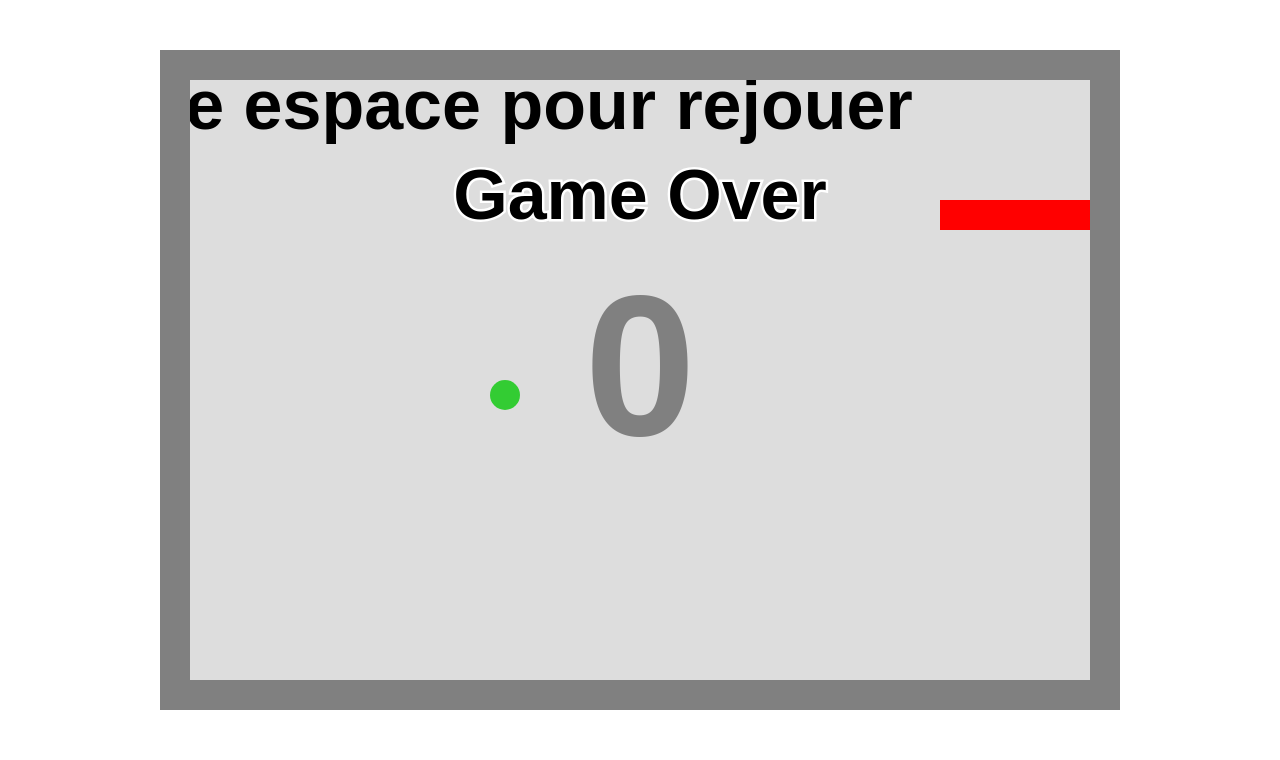
Repository: Loetitia27006/snake
Page: index.html
An editor plug-in stored every save of this project. The page is shown before and after the next save, followed by the edit.
The browser window is 1280 px wide. The pictures show the whole page.

Above is the page before, as saved 2023-03-24 16:42:29.

After the next save:
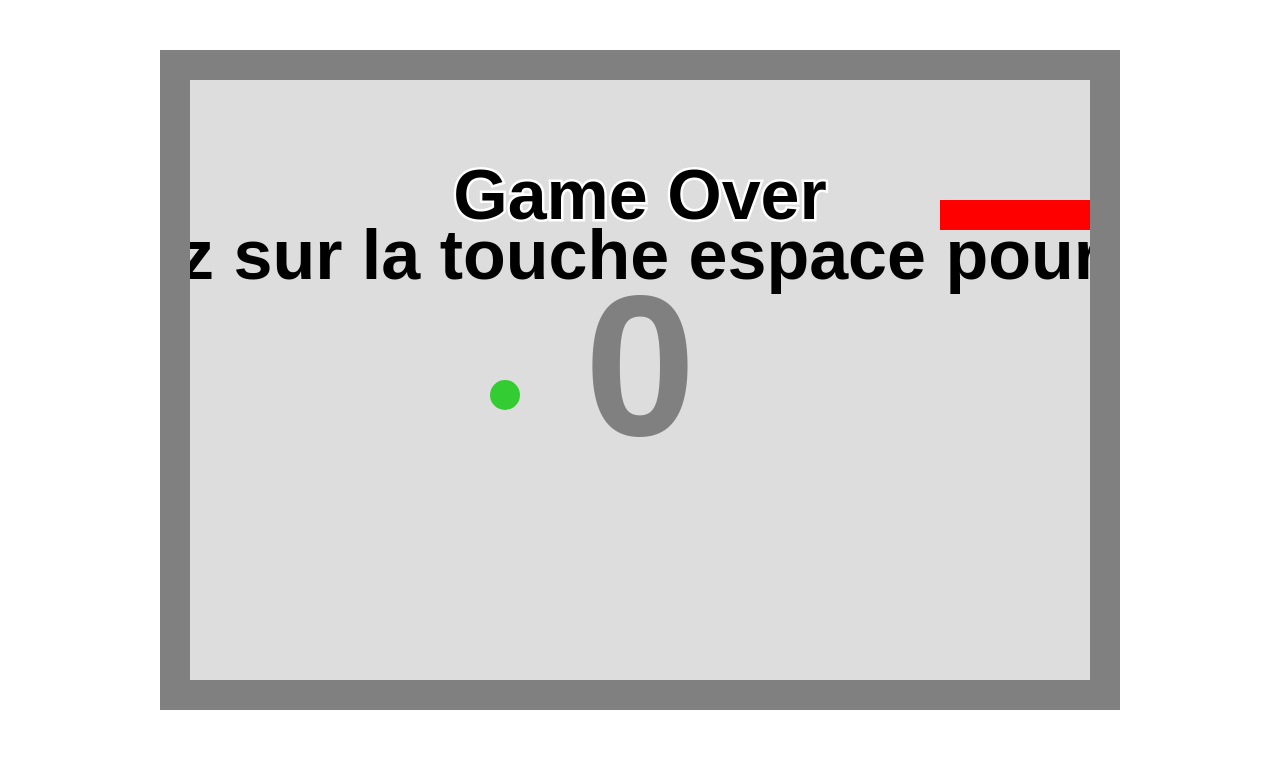
Saved 60 s later.
--- a/script.js
+++ b/script.js
@@ -60,7 +60,8 @@ window.onload = function () {
     centreY = canvasHeight/2;
     ctx.strokeText("Game Over", centreX, centreY - 180);
     ctx.fillText("Game Over", centreX, centreY-180);
-    ctx.fillText("Appuyez sur la touche espace pour rejouer",5 ,30);
+    ctx.fillText("Appuyez sur la touche espace pour rejouer",centreX ,centreY-120);
+
     ctx.restore();
   }
 
